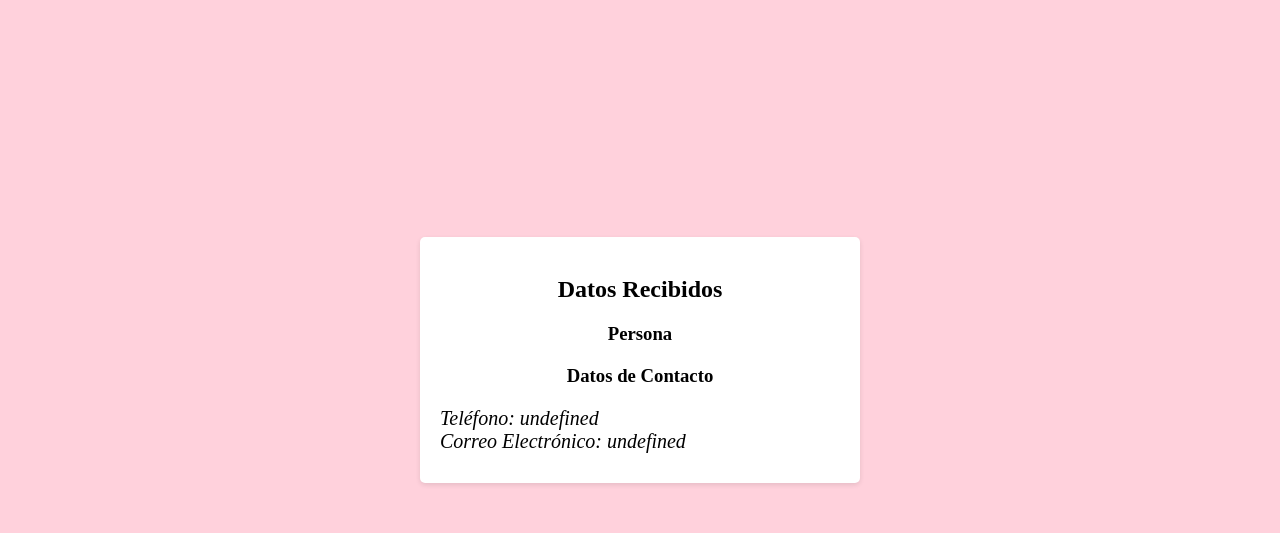
Repository: UVMCoyoacan/InnovaWeb
Page: recibedatosCV.html
An editor plug-in stored every save of this project. The page is shown before and after the next save, followed by the edit.
The browser window is 1280 px wide. The pictures show the whole page.

Above is the page before, as saved 2024-03-01 11:47:00.

### recibedatosCV.html
<!DOCTYPE html>
<html>
<head>
    <title>Recibe Datos</title>
    <style>
        body {
            font-family: 'Times New Roman', Times, serif;
            background-color: #ffd1dc;
            margin: 0;
            padding: 0;
            display: flex;
            justify-content: center;
            align-items: center;
            height: 100vh;
        }
        .container {
            width: 400px;
            padding: 20px;
            background-color: #fff;
            border-radius: 5px;
            box-shadow: 0 2px 5px rgba(0, 0, 0, 0.1);
        }
        h2, h3 {
            margin-bottom: 20px;
            text-align: center;
        }
        p {
            margin-bottom: 10px;
        }
        .dato {
            font-style: italic;
            color: black;
            font-size: 20px;
        }
    </style>
</head>
<body>
    <div class="container">
        <h2>Datos Recibidos</h2>

        <h3>Persona</h3>
        <p class="dato" id="Persona"></p>

        <h3>Datos de Contacto</h3>
        <p class="dato" id="Detalles"></p>
    </div>

    <script>
        function getUrlVars() {
            var vars = {};
            var parts = window.location.href.replace(/[?&]+([^=&]+)=([^&]*)/gi, function (m, key, value) {
                vars[key] = decodeURIComponent(value.replace(/\+/g, ' '));
            });
            return vars;
        }

        var params = getUrlVars();
        var nombre = params["nombre"];
        var telefono = params["telefono"];
        var correo = params["email"];

        var nomper = document.getElementById("Persona");
        var datPers = document.getElementById("Detalles");
        nomper.textContent = nombre;
        datPers.innerHTML = "Teléfono: " + telefono + "<br>Correo Electrónico: " + correo;
    </script>
</body>
</html>

After the next save:
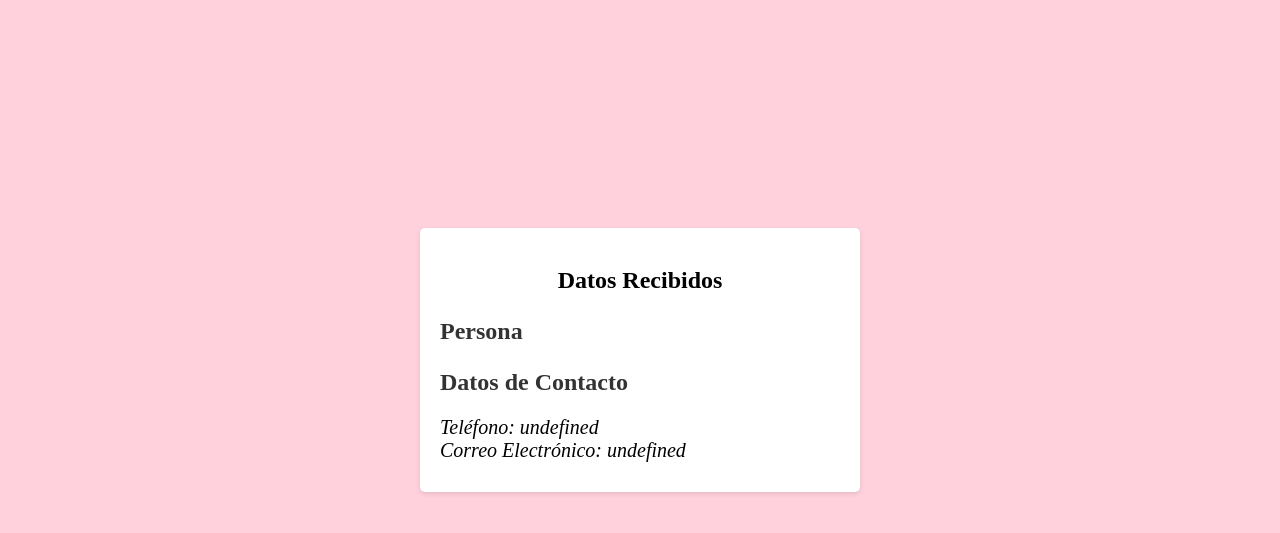
Saved 2 min 39 s later.
--- a/recibedatosCV.html
+++ b/recibedatosCV.html
@@ -20,9 +20,14 @@
             border-radius: 5px;
             box-shadow: 0 2px 5px rgba(0, 0, 0, 0.1);
         }
-        h2, h3 {
+        h2 {
             margin-bottom: 20px;
             text-align: center;
+        }
+        h3 {
+            font-size: 1.5em;
+            color: #333;
+            margin-bottom: 10px;
         }
         p {
             margin-bottom: 10px;
